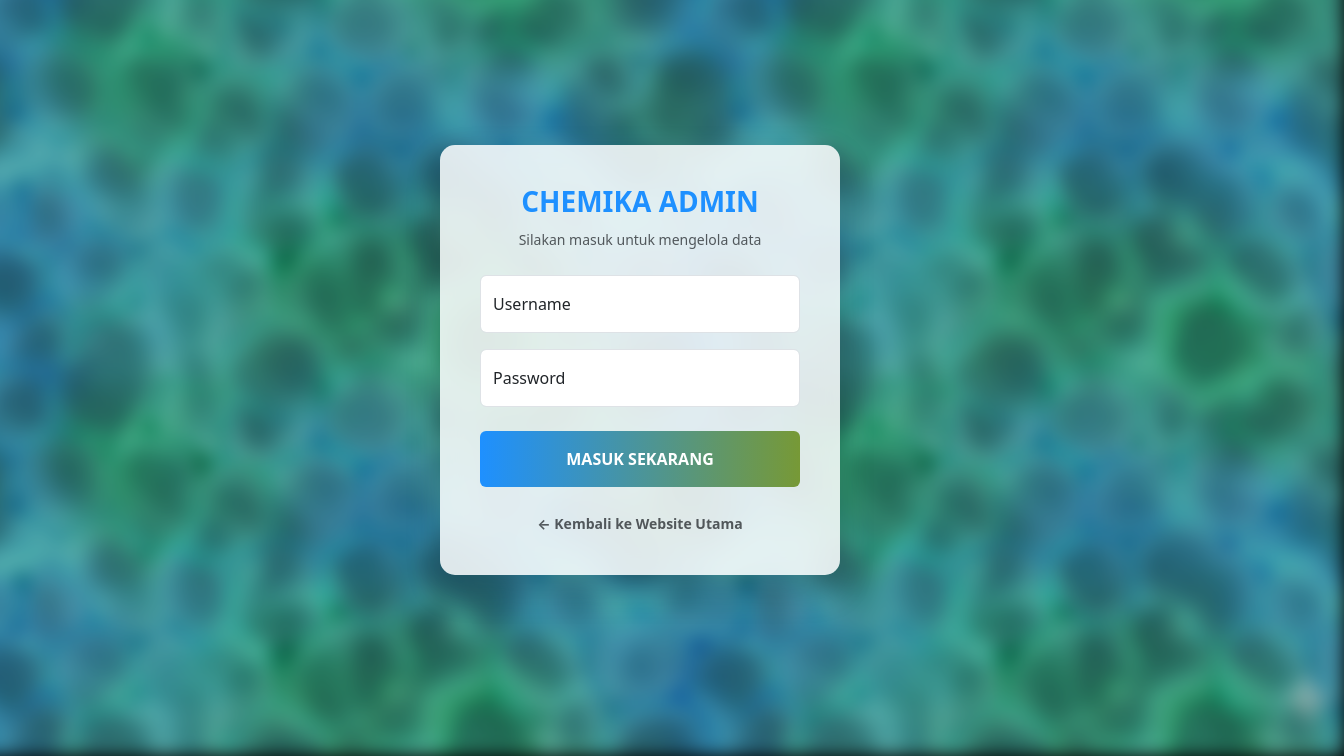
Repository: fzan-ghlii/mystore
Page: http://localhost/login.php
An editor plug-in stored every save of this project. The page is shown before and after a run of saves, followed by the edit.
The browser window is 1280 px wide. The page is 1344 px wide, then 1280 px, then 1344 px, so the pictures cover 1344 px, including what lies to the right of the window. The pictures show the whole page.
The page is run by PHP 8.4 with error messages shown; the project is at /var/www/html/.

Above is the page before, as saved 2025-11-27 12:40:59.

### login.php
<?php
session_start();

// Koneksi Database
$conn = new mysqli("localhost", "root", "", "dbmystore");
if ($conn->connect_error) {
    die("Koneksi gagal: " . $conn->connect_error);
}

// Jika sudah login, lempar ke admin.php
if(isset($_SESSION['status']) && $_SESSION['status'] == "login"){
    header("location:admin.php");
    exit();
}

// Logic Login
if(isset($_POST['login'])){
    $username = mysqli_real_escape_string($conn, $_POST['username']);
    $password = mysqli_real_escape_string($conn, $_POST['password']);
    $password_hash = md5($password);

    $query = "SELECT * FROM tb_admin WHERE username='$username' AND password='$password_hash'";
    $result = $conn->query($query);

    if($result->num_rows > 0){
        $data = $result->fetch_assoc();
        $_SESSION['username'] = $username;
        $_SESSION['nama_lengkap'] = $data['nama_lengkap'];
        $_SESSION['status'] = "login";
        header("location:admin.php");
    } else {
        $error = "Username atau Password salah!";
    }
}
?>

<!DOCTYPE html>
<html lang="id">
<head>
    <meta charset="UTF-8">
    <meta name="viewport" content="width=device-width, initial-scale=1.0">
    <title>Login Admin - Chemika Nusantara</title>
    <link href="https://cdn.jsdelivr.net/npm/bootstrap@5.3.0/dist/css/bootstrap.min.css" rel="stylesheet">
    <style>
        body {
            height: 100vh;
            display: flex;
            align-items: center;
            justify-content: center;
            overflow: hidden; /* Hilangkan scrollbar */
            margin: 0;
            background-color: #000; /* Fallback color */
        }

        /* BACKGROUND IMAGE BLUR */
        .bg-image {
            position: absolute;
            top: 0;
            left: 0;
            width: 100%;
            height: 100%;
            object-fit: cover;
            z-index: -1; /* Taruh di belakang */
            filter: blur(8px) brightness(0.7); /* Efek Blur & Gelap dikit biar tulisan jelas */
            transform: scale(1.1); /* Zoom dikit biar pinggiran blur gak putih */
        }

        .login-card {
            width: 100%;
            max-width: 400px;
            border-radius: 15px;
            border: none;
            /* Efek kaca (Glassmorphism) */
            background: rgba(255, 255, 255, 0.85);
            backdrop-filter: blur(10px);
            box-shadow: 0 15px 35px rgba(0,0,0,0.2);
            z-index: 1; /* Pastikan di depan background */
        }

        .btn-login {
            background: linear-gradient(to right, #1E90FF, #779936);
            border: none;
            color: white;
            font-weight: bold;
            transition: transform 0.2s;
        }
        .btn-login:hover {
            transform: scale(1.02);
            color: white;
            box-shadow: 0 5px 15px rgba(30, 144, 255, 0.3);
        }
    </style>
</head>
<body>

    <!-- GAMBAR BACKGROUND (Dari Prompt Generator) -->
    <!-- Saya menggunakan Content ID hasil generate tadi -->
    <img src="img/login.jpg" class="bg-image" alt="Chemical Background">

    <div class="card login-card p-4">
        <div class="card-body">
            <div class="text-center mb-4">
                <h3 class="fw-bold" style="color:#1E90FF">CHEMIKA ADMIN</h3>
                <small class="text-muted">Silakan masuk untuk mengelola data</small>
            </div>

            <?php if(isset($error)) : ?>
                <div class="alert alert-danger py-2 text-center small" role="alert">
                    <i class="fas fa-exclamation-circle"></i> <?php echo $error; ?>
                </div>
            <?php endif; ?>

            <form method="POST">
                <div class="form-floating mb-3">
                    <input type="text" name="username" class="form-control" id="floatingInput" placeholder="username" required>
                    <label for="floatingInput">Username</label>
                </div>
                <div class="form-floating mb-3">
                    <input type="password" name="password" class="form-control" id="floatingPassword" placeholder="Password" required>
                    <label for="floatingPassword">Password</label>
                </div>
                <button type="submit" name="login" class="btn btn-login w-100 py-3 mt-2">MASUK SEKARANG</button>
            </form>

            <div class="text-center mt-4">
                <a href="index.php" class="text-decoration-none text-muted small fw-bold">
                    &larr; Kembali ke Website Utama
                </a>
            </div>
        </div>
    </div>

</body>
</html>

After the next 4 saves:
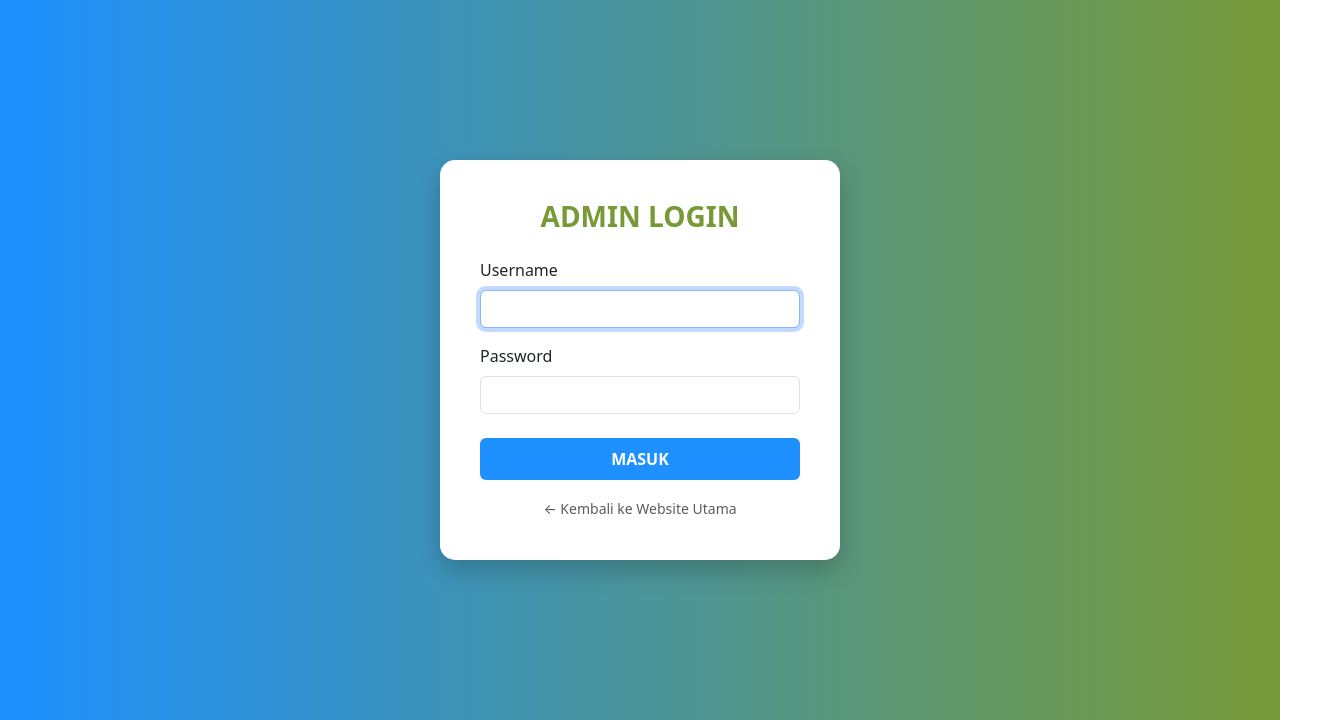
The 4 saves are shown as one change because they came seconds apart.
The last was saved 26 s later.
--- a/login.php
+++ b/login.php
@@ -1,7 +1,7 @@
 <?php
 session_start();
 
-// Koneksi Database
+// Koneksi Database (Langsung disini agar praktis)
 $conn = new mysqli("localhost", "root", "", "dbmystore");
 if ($conn->connect_error) {
     die("Koneksi gagal: " . $conn->connect_error);
@@ -13,20 +13,27 @@
     exit();
 }
 
-// Logic Login
+// Logic Login Database + Hashing
 if(isset($_POST['login'])){
+    // Ambil input dan amankan dari SQL Injection
     $username = mysqli_real_escape_string($conn, $_POST['username']);
     $password = mysqli_real_escape_string($conn, $_POST['password']);
+
+    // Ubah password input menjadi MD5 agar cocok dengan di database
     $password_hash = md5($password);
 
+    // Cek ke database
     $query = "SELECT * FROM tb_admin WHERE username='$username' AND password='$password_hash'";
     $result = $conn->query($query);
 
     if($result->num_rows > 0){
+        // Jika data ditemukan
         $data = $result->fetch_assoc();
+
         $_SESSION['username'] = $username;
-        $_SESSION['nama_lengkap'] = $data['nama_lengkap'];
+        $_SESSION['nama_lengkap'] = $data['nama_lengkap']; // Simpan nama asli
         $_SESSION['status'] = "login";
+
         header("location:admin.php");
     } else {
         $error = "Username atau Password salah!";
@@ -43,89 +50,52 @@
     <link href="https://cdn.jsdelivr.net/npm/bootstrap@5.3.0/dist/css/bootstrap.min.css" rel="stylesheet">
     <style>
         body {
+            background: linear-gradient(to right, #1E90FF, #779936);
             height: 100vh;
             display: flex;
             align-items: center;
             justify-content: center;
-            overflow: hidden; /* Hilangkan scrollbar */
-            margin: 0;
-            background-color: #000; /* Fallback color */
         }
-
-        /* BACKGROUND IMAGE BLUR */
-        .bg-image {
-            position: absolute;
-            top: 0;
-            left: 0;
-            width: 100%;
-            height: 100%;
-            object-fit: cover;
-            z-index: -1; /* Taruh di belakang */
-            filter: blur(8px) brightness(0.7); /* Efek Blur & Gelap dikit biar tulisan jelas */
-            transform: scale(1.1); /* Zoom dikit biar pinggiran blur gak putih */
-        }
-
         .login-card {
             width: 100%;
             max-width: 400px;
             border-radius: 15px;
             border: none;
-            /* Efek kaca (Glassmorphism) */
-            background: rgba(255, 255, 255, 0.85);
-            backdrop-filter: blur(10px);
-            box-shadow: 0 15px 35px rgba(0,0,0,0.2);
-            z-index: 1; /* Pastikan di depan background */
+            box-shadow: 0 10px 25px rgba(0,0,0,0.2);
         }
-
         .btn-login {
-            background: linear-gradient(to right, #1E90FF, #779936);
-            border: none;
+            background-color: #1E90FF;
             color: white;
             font-weight: bold;
-            transition: transform 0.2s;
         }
-        .btn-login:hover {
-            transform: scale(1.02);
-            color: white;
-            box-shadow: 0 5px 15px rgba(30, 144, 255, 0.3);
-        }
+        .btn-login:hover { background-color: #104e8b; color: white; }
     </style>
 </head>
 <body>
 
-    <!-- GAMBAR BACKGROUND (Dari Prompt Generator) -->
-    <!-- Saya menggunakan Content ID hasil generate tadi -->
-    <img src="img/login.jpg" class="bg-image" alt="Chemical Background">
-
     <div class="card login-card p-4">
         <div class="card-body">
-            <div class="text-center mb-4">
-                <h3 class="fw-bold" style="color:#1E90FF">CHEMIKA ADMIN</h3>
-                <small class="text-muted">Silakan masuk untuk mengelola data</small>
-            </div>
+            <h3 class="text-center mb-4 fw-bold" style="color:#779936">ADMIN LOGIN</h3>
 
             <?php if(isset($error)) : ?>
-                <div class="alert alert-danger py-2 text-center small" role="alert">
-                    <i class="fas fa-exclamation-circle"></i> <?php echo $error; ?>
+                <div class="alert alert-danger py-2 text-center" role="alert">
+                    <?php echo $error; ?>
                 </div>
             <?php endif; ?>
 
             <form method="POST">
-                <div class="form-floating mb-3">
-                    <input type="text" name="username" class="form-control" id="floatingInput" placeholder="username" required>
-                    <label for="floatingInput">Username</label>
+                <div class="mb-3">
+                    <label class="form-label">Username</label>
+                    <input type="text" name="username" class="form-control" placeholder="" required autofocus>
                 </div>
-                <div class="form-floating mb-3">
-                    <input type="password" name="password" class="form-control" id="floatingPassword" placeholder="Password" required>
-                    <label for="floatingPassword">Password</label>
+                <div class="mb-3">
+                    <label class="form-label">Password</label>
+                    <input type="password" name="password" class="form-control" placeholder="" required>
                 </div>
-                <button type="submit" name="login" class="btn btn-login w-100 py-3 mt-2">MASUK SEKARANG</button>
+                <button type="submit" name="login" class="btn btn-login w-100 py-2 mt-2">MASUK</button>
             </form>
-
-            <div class="text-center mt-4">
-                <a href="index.php" class="text-decoration-none text-muted small fw-bold">
-                    &larr; Kembali ke Website Utama
-                </a>
+            <div class="text-center mt-3">
+                <a href="index.php" class="text-decoration-none text-muted small">← Kembali ke Website Utama</a>
             </div>
         </div>
     </div>

After the save that followed:
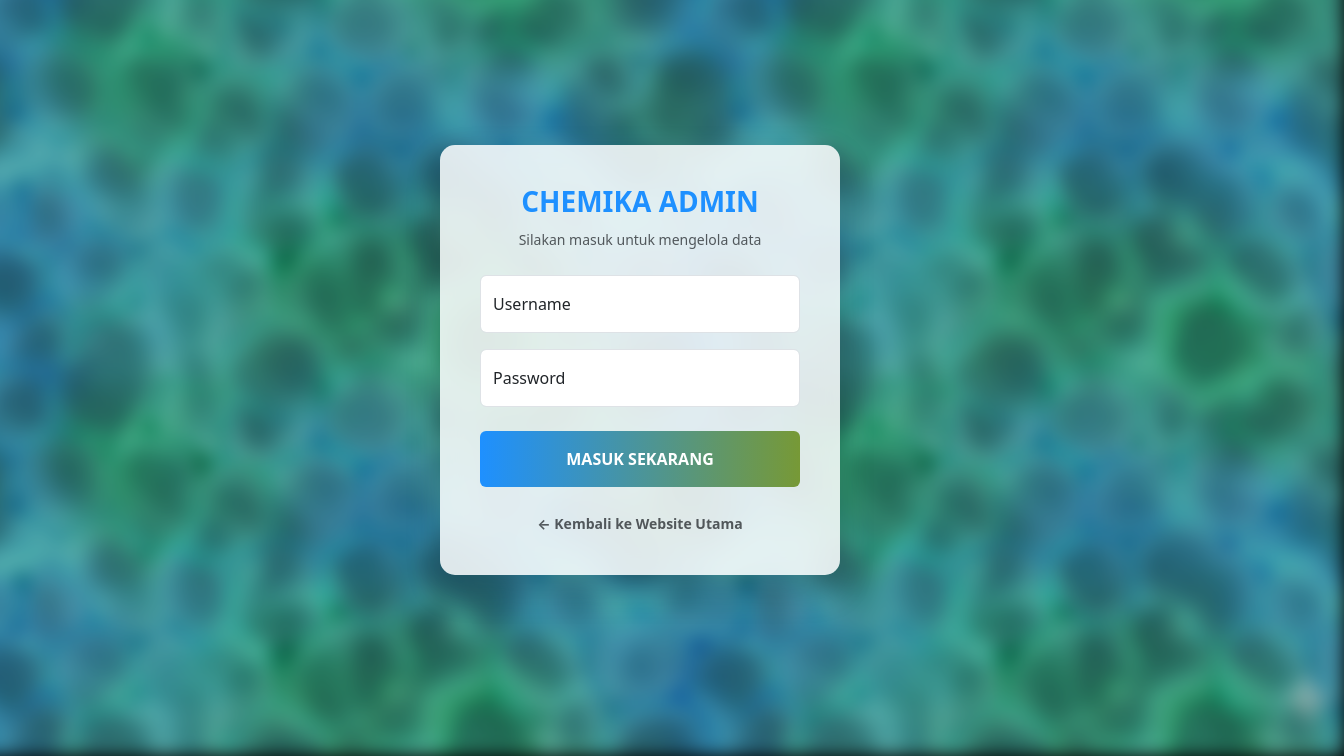
Saved 9 s later.
--- a/login.php
+++ b/login.php
@@ -1,7 +1,7 @@
 <?php
 session_start();
 
-// Koneksi Database (Langsung disini agar praktis)
+// Koneksi Database
 $conn = new mysqli("localhost", "root", "", "dbmystore");
 if ($conn->connect_error) {
     die("Koneksi gagal: " . $conn->connect_error);
@@ -13,27 +13,20 @@
     exit();
 }
 
-// Logic Login Database + Hashing
+// Logic Login
 if(isset($_POST['login'])){
-    // Ambil input dan amankan dari SQL Injection
     $username = mysqli_real_escape_string($conn, $_POST['username']);
     $password = mysqli_real_escape_string($conn, $_POST['password']);
-
-    // Ubah password input menjadi MD5 agar cocok dengan di database
     $password_hash = md5($password);
 
-    // Cek ke database
     $query = "SELECT * FROM tb_admin WHERE username='$username' AND password='$password_hash'";
     $result = $conn->query($query);
 
     if($result->num_rows > 0){
-        // Jika data ditemukan
         $data = $result->fetch_assoc();
-
         $_SESSION['username'] = $username;
-        $_SESSION['nama_lengkap'] = $data['nama_lengkap']; // Simpan nama asli
+        $_SESSION['nama_lengkap'] = $data['nama_lengkap'];
         $_SESSION['status'] = "login";
-
         header("location:admin.php");
     } else {
         $error = "Username atau Password salah!";
@@ -50,52 +43,89 @@
     <link href="https://cdn.jsdelivr.net/npm/bootstrap@5.3.0/dist/css/bootstrap.min.css" rel="stylesheet">
     <style>
         body {
-            background: linear-gradient(to right, #1E90FF, #779936);
             height: 100vh;
             display: flex;
             align-items: center;
             justify-content: center;
+            overflow: hidden; /* Hilangkan scrollbar */
+            margin: 0;
+            background-color: #000; /* Fallback color */
         }
+
+        /* BACKGROUND IMAGE BLUR */
+        .bg-image {
+            position: absolute;
+            top: 0;
+            left: 0;
+            width: 100%;
+            height: 100%;
+            object-fit: cover;
+            z-index: -1; /* Taruh di belakang */
+            filter: blur(8px) brightness(0.7); /* Efek Blur & Gelap dikit biar tulisan jelas */
+            transform: scale(1.1); /* Zoom dikit biar pinggiran blur gak putih */
+        }
+
         .login-card {
             width: 100%;
             max-width: 400px;
             border-radius: 15px;
             border: none;
-            box-shadow: 0 10px 25px rgba(0,0,0,0.2);
+            /* Efek kaca (Glassmorphism) */
+            background: rgba(255, 255, 255, 0.85);
+            backdrop-filter: blur(10px);
+            box-shadow: 0 15px 35px rgba(0,0,0,0.2);
+            z-index: 1; /* Pastikan di depan background */
         }
+
         .btn-login {
-            background-color: #1E90FF;
+            background: linear-gradient(to right, #1E90FF, #779936);
+            border: none;
             color: white;
             font-weight: bold;
+            transition: transform 0.2s;
         }
-        .btn-login:hover { background-color: #104e8b; color: white; }
+        .btn-login:hover {
+            transform: scale(1.02);
+            color: white;
+            box-shadow: 0 5px 15px rgba(30, 144, 255, 0.3);
+        }
     </style>
 </head>
 <body>
 
+    <!-- GAMBAR BACKGROUND (Dari Prompt Generator) -->
+    <!-- Saya menggunakan Content ID hasil generate tadi -->
+    <img src="img/login.jpg" class="bg-image" alt="Chemical Background">
+
     <div class="card login-card p-4">
         <div class="card-body">
-            <h3 class="text-center mb-4 fw-bold" style="color:#779936">ADMIN LOGIN</h3>
+            <div class="text-center mb-4">
+                <h3 class="fw-bold" style="color:#1E90FF">CHEMIKA ADMIN</h3>
+                <small class="text-muted">Silakan masuk untuk mengelola data</small>
+            </div>
 
             <?php if(isset($error)) : ?>
-                <div class="alert alert-danger py-2 text-center" role="alert">
-                    <?php echo $error; ?>
+                <div class="alert alert-danger py-2 text-center small" role="alert">
+                    <i class="fas fa-exclamation-circle"></i> <?php echo $error; ?>
                 </div>
             <?php endif; ?>
 
             <form method="POST">
-                <div class="mb-3">
-                    <label class="form-label">Username</label>
-                    <input type="text" name="username" class="form-control" placeholder="" required autofocus>
+                <div class="form-floating mb-3">
+                    <input type="text" name="username" class="form-control" id="floatingInput" placeholder="username" required>
+                    <label for="floatingInput">Username</label>
                 </div>
-                <div class="mb-3">
-                    <label class="form-label">Password</label>
-                    <input type="password" name="password" class="form-control" placeholder="" required>
+                <div class="form-floating mb-3">
+                    <input type="password" name="password" class="form-control" id="floatingPassword" placeholder="Password" required>
+                    <label for="floatingPassword">Password</label>
                 </div>
-                <button type="submit" name="login" class="btn btn-login w-100 py-2 mt-2">MASUK</button>
+                <button type="submit" name="login" class="btn btn-login w-100 py-3 mt-2">MASUK SEKARANG</button>
             </form>
-            <div class="text-center mt-3">
-                <a href="index.php" class="text-decoration-none text-muted small">← Kembali ke Website Utama</a>
+
+            <div class="text-center mt-4">
+                <a href="index.php" class="text-decoration-none text-muted small fw-bold">
+                    &larr; Kembali ke Website Utama
+                </a>
             </div>
         </div>
     </div>
